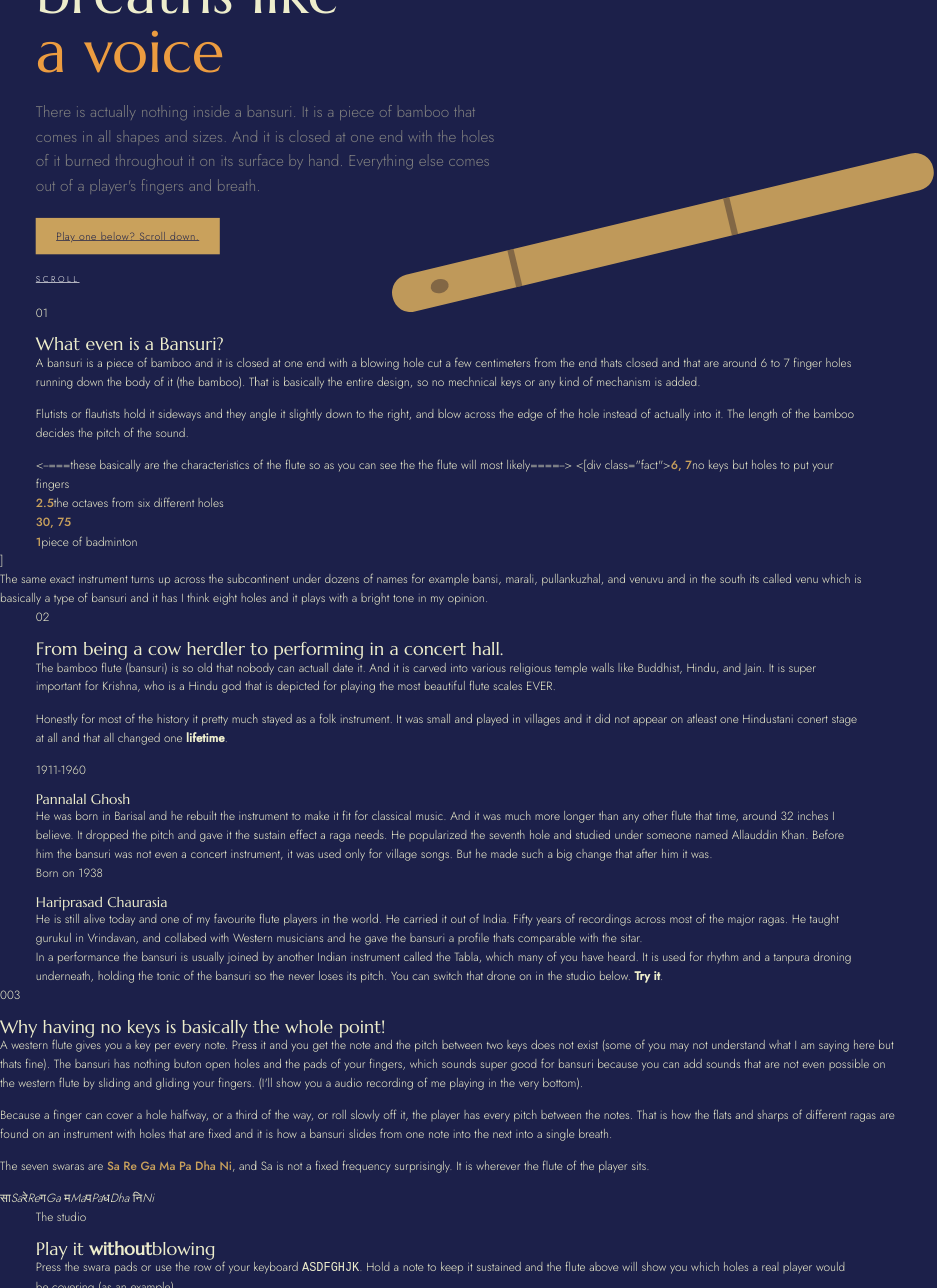
Repository: manayparikh1/Bansi
Page: index.html
These files come from the project's save history. The page is drawn as it stood at one moment and after the next save; the edit follows.
The browser window is 1280 px wide. The page is 1339 px wide, so the pictures cover 1339 px, including what lies to the right of the window. The pictures show the part of the page from y = 305 to 2145 px (the page is 2658 px tall), at 70% of full size.

Above is the page before, as saved 2026-09-19 23:55:56.

After the next save:
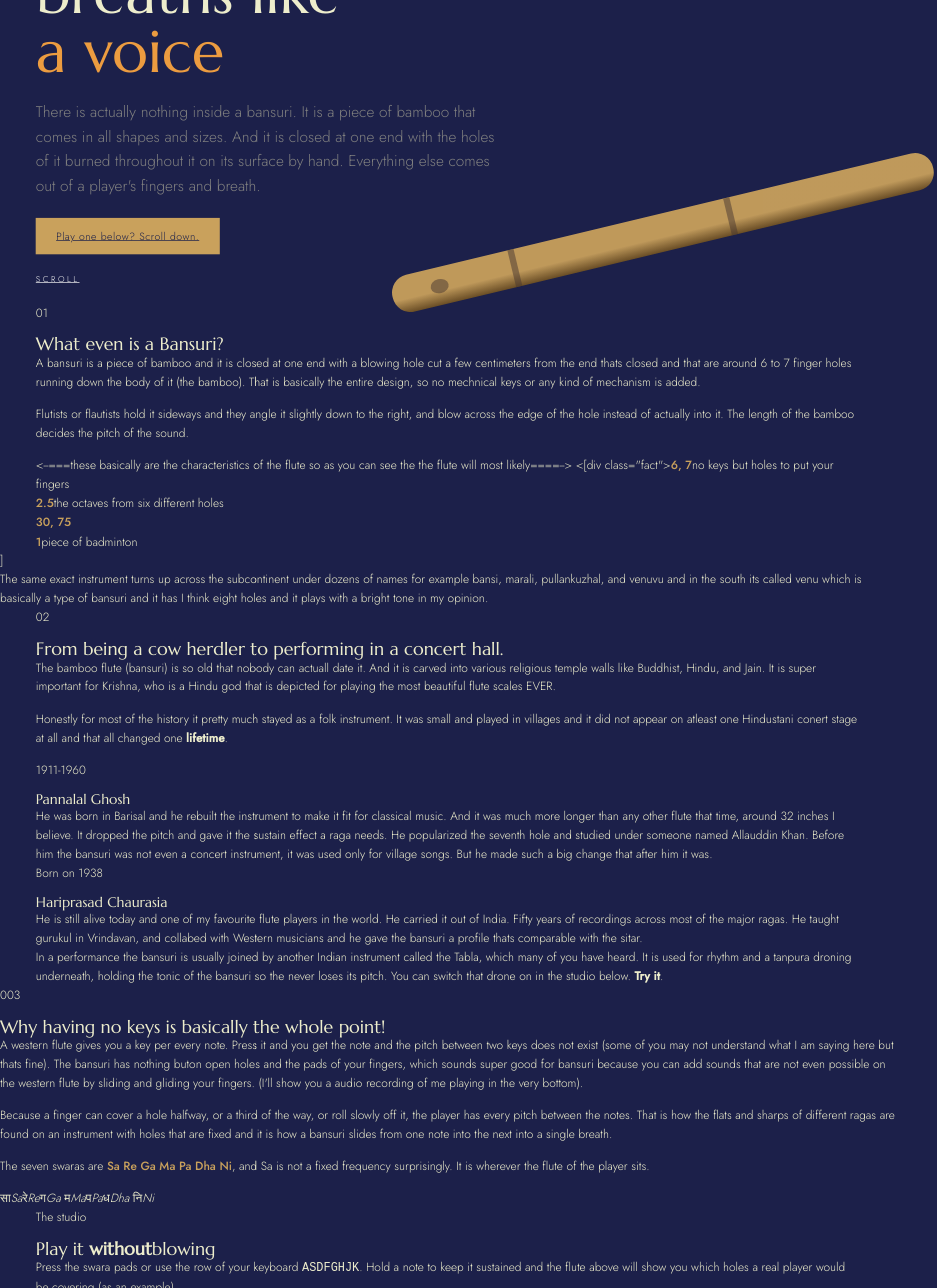
Saved 82 s later.
--- a/style.css
+++ b/style.css
@@ -215,7 +215,7 @@ h1 {
     position: relative;
     border-radius: 26px;
     height: 54px;
-    background: var(--bamboo);
+    background: linear-gradient(180deg, var(--bamboo) 0%, var(--bamboo2) 62%, #6F5124 100%);
 }
 
 .tube big {
